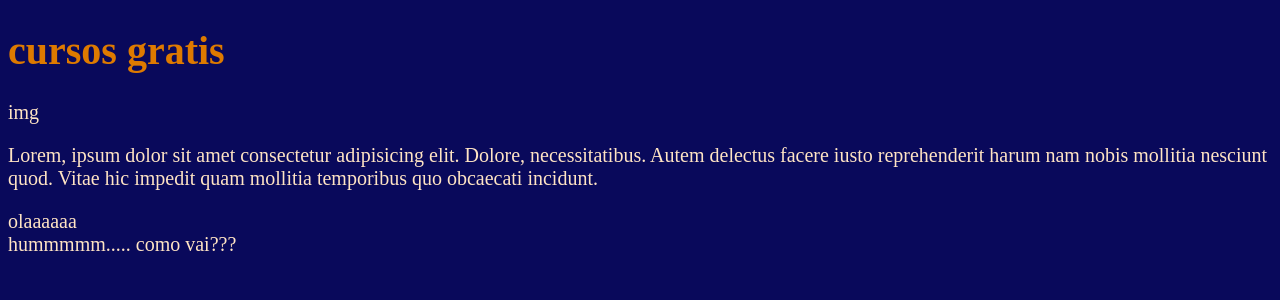
Repository: YuaneCastro/CRIANDO-UM-SITE--CURSO-GIT--GIT-HUB
Page: index.html
The author's editor kept a copy of each file at every save. The page is drawn from the files as they stood at one save, then again after the next save.
The browser window is 1280 px wide. The pictures show the whole page.

Above is the page before, as saved 2025-08-14 22:40:52.

After the next save:
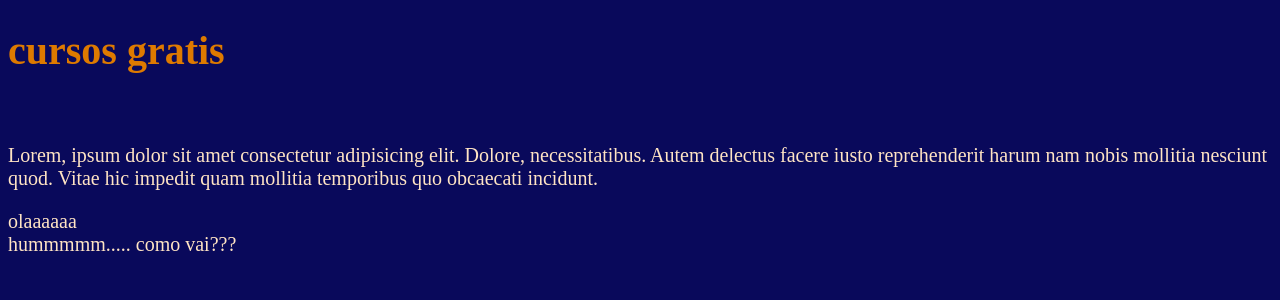
Saved 4 s later.
--- a/index.html
+++ b/index.html
@@ -11,7 +11,7 @@
         <h1>cursos gratis</h1>
     </head>
     <section>
-        img
+        <img src="" alt="" sizes="" srcset="">
         <p>Lorem, ipsum dolor sit amet consectetur adipisicing elit. Dolore, necessitatibus. Autem delectus facere iusto reprehenderit harum nam nobis mollitia nesciunt quod. Vitae hic impedit quam mollitia temporibus quo obcaecati incidunt.
         </p>
         <div>olaaaaaa</div>
